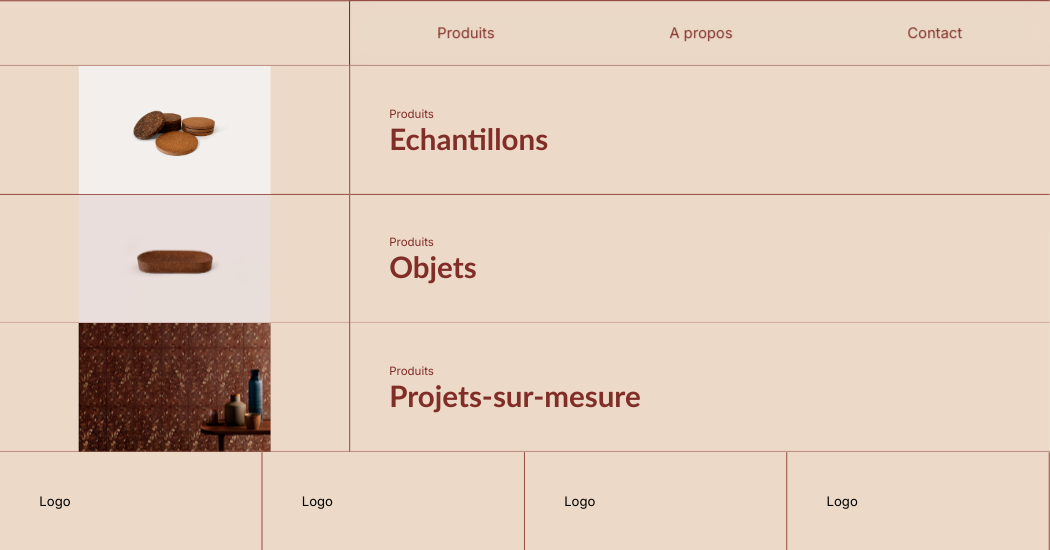
Repository: Neewd/adaozan
Page: /
The author's editor kept a copy of each file at every save. The page is drawn from the files as they stood at one save, then again after a run of saves.
The browser window is 1280 px wide. The pictures show the part of the page from y = 648 to 2048 px (the page is 1319 px tall before and 2048 px after), at 82% of full size.
The project was rebuilt for these pictures with package versions that can differ from the ones it lists, and the page was loaded fresh each time. The framework's server and built-in components were replaced by stand-ins that run in the browser. Also part of the build but not shown: next.config.js.

Above is the page before, as saved 2023-08-10 21:06:31.

### app/page.tsx
import Image from "next/image";
import { Metadata } from "next";
import { ProductHero, ProductHeroProps } from "./components/ProductHero";
import { LogoCloud } from "./components/LogoCloud";

export const metadata: Metadata = {
	title: "Adaozañ",
	description: "Terme breton, définition: recycler, revaloriser",
};

const products: ProductHeroProps[] = [
	{
		imageUrl: "/img/echantillons.webp",
		title: "Produits",
		subtitle: "Echantillons",
	},
	{
		imageUrl: "/img/broye_solo.webp",
		title: "Produits",
		subtitle: "Objets",
	},
	{
		imageUrl: "/img/credence.webp",
		title: "Produits",
		subtitle: "Projets-sur-mesure",
	},
];

const logos: string[] = ["logo1.png", "logo2.png", "logo3.png", "logo4.png"];

export default function Home() {
	return (
		<div className="w-full bg-cream-100 relative h-min min-h-full">
			<div className="flex top-0 sticky w-full z-1 h-[90vh]">
				<div className="basis-4/12 p-12 border-r border-brown-100">
					<Image
						src="/img/logo.png"
						width={500}
						height={500}
						alt="Logo Adaozan"
					/>
				</div>
				<div className="basis-8/12 relative">
					<Image
						className="object-cover"
						src="/img/valorisation-marc-de-pomme.webp"
						fill={true}
						alt="Valorisation marc de pomme"
					/>
				</div>
			</div>

			<div className="flex h-20 border-y border-brown-100 z-20 sticky top-0 ">
				<div className="basis-4/12 border-r px-6 flex items-center bg-cream-100"></div>
				<div className="basis-8/12 flex justify-around items-center h-full bg-cream-100/40 backdrop-blur-md">
					<div className="text-brown-100 text-lg">Produits</div>
					<div className="text-brown-100 text-lg">A propos</div>
					<div className="text-brown-100 text-lg">Contact</div>
				</div>
			</div>

			<div className="flex z-10 relative flex-col">
				{products.map((product) => {
					return (
						<ProductHero
							key={product.title}
							imageUrl={product.imageUrl}
							title={product.title}
							subtitle={product.subtitle}
						/>
					);
				})}
			</div>
			<div>
				<LogoCloud logos={logos} />
			</div>
		</div>
	);
}

### app/components/ProductHero.tsx
import Image from "next/image";

export interface ProductHeroProps {
	imageUrl: string;
	imageAlt?: string;
	title: string;
	subtitle: string;
}

export const ProductHero = ({
	imageUrl,
	imageAlt,
	title,
	subtitle,
}: ProductHeroProps) => {
	return (
		<div className="flex w-full h-min bg-cream-100 cursor-pointer">
			<div className="flex basis-4/12 relative border-b border-brown-100">
				<Image
					className="object-contain border-r border-brown-100"
					src={imageUrl}
					fill={true}
					alt={imageAlt ?? ""}
				/>
			</div>
			<div className="flex basis-8/12 relative gap-3 flex-col border-b border-brown-100">
				<div className="sticky p-12  top-24">
					<div className="text-sm text-brown-100">{title}</div>
					<div className="text-4xl text-brown-100 font-semibold font-heading">
						{subtitle}
					</div>
				</div>
			</div>
		</div>
	);
};

### app/components/LogoCloud.tsx
import Image from "next/image";

export const LogoCloud = ({ logos }: { logos: string[] }) => {
	return (
		<div className="flex w-full bg-cream-100 ">
			{logos.map((logo) => {
				return (
					<div
						className="px-12 py-12 flex-1 border-r border-brown-100"
						key={logo}
					>
						Logo
					</div>
				);
			})}
		</div>
	);
};

Loaded but not shown: app/layout.tsx (common file); app/globals.css (common file); tailwind.config.js (common file)

After the next 2 saves:
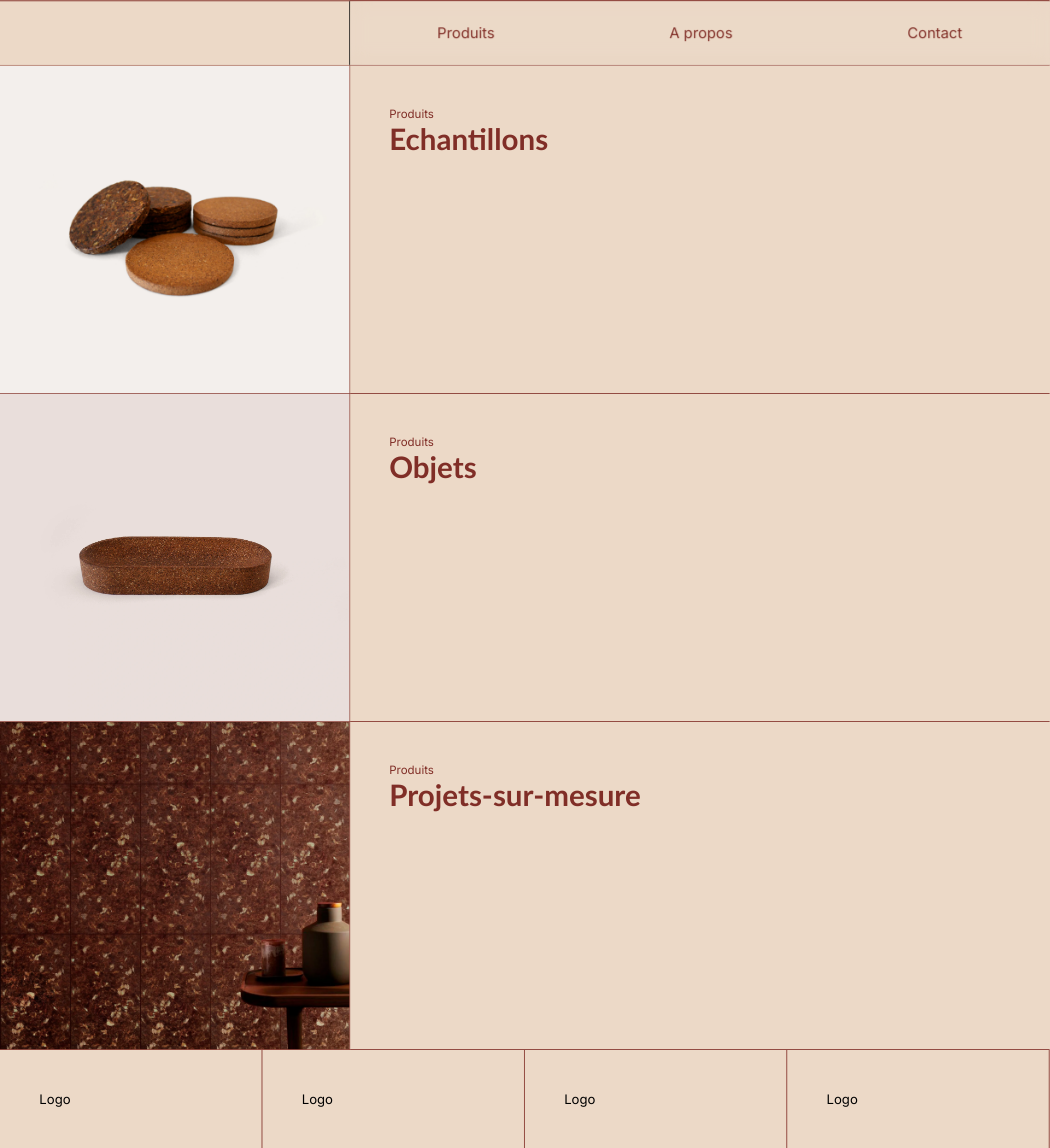
The 2 saves are shown as one change because they came seconds apart.
The last was saved 15 s later.
--- a/app/components/ProductHero.tsx
+++ b/app/components/ProductHero.tsx
@@ -14,10 +14,10 @@
 	subtitle,
 }: ProductHeroProps) => {
 	return (
-		<div className="flex w-full h-min bg-cream-100 cursor-pointer">
+		<div className="flex w-full h-[400px] bg-cream-100 cursor-pointer">
 			<div className="flex basis-4/12 relative border-b border-brown-100">
 				<Image
-					className="object-contain border-r border-brown-100"
+					className="object-cover border-r border-brown-100"
 					src={imageUrl}
 					fill={true}
 					alt={imageAlt ?? ""}
